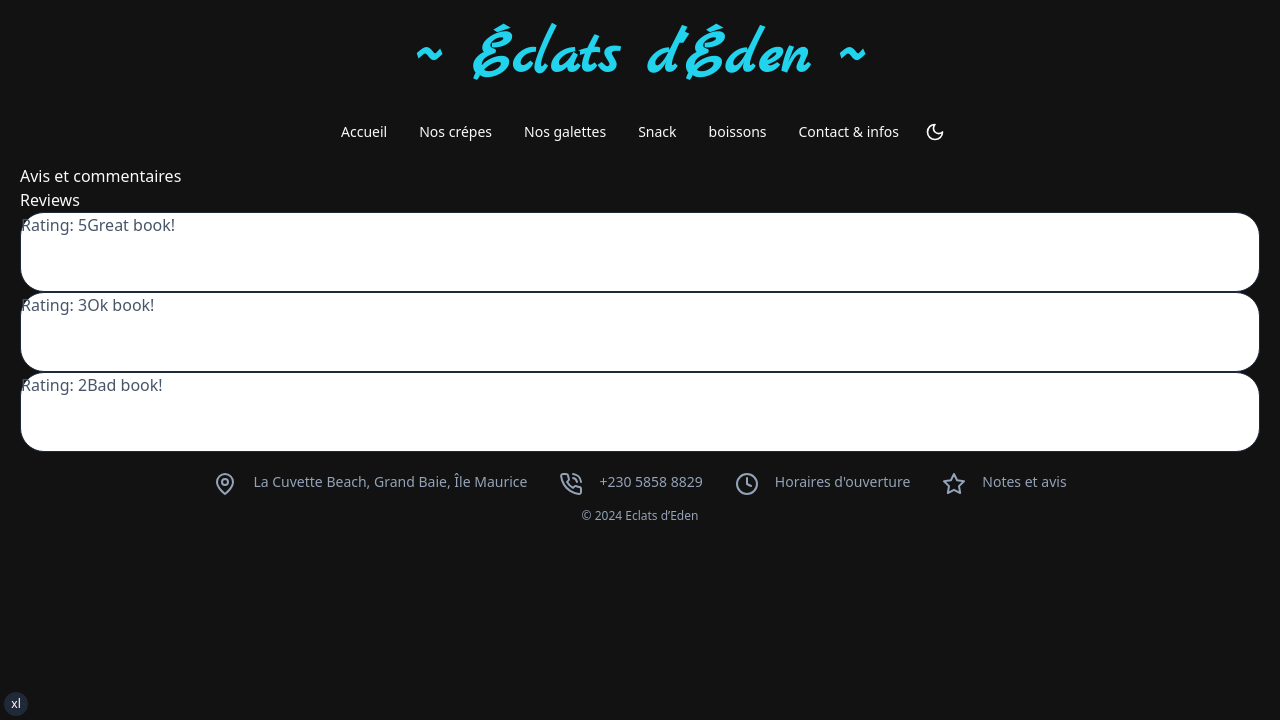
Repository: jeffMauritius/eclats-deden
Page: /reviews
The author's editor kept a copy of each file at every save. The page is drawn from the files as they stood at one save, then again after the next save.
The browser window is 1280 px wide. The pictures show the whole page.
The project was rebuilt for these pictures with package versions that can differ from the ones it lists, and the page was loaded fresh each time. The framework's server and built-in components were replaced by stand-ins that run in the browser. Also part of the build but not shown: next.config.mjs.

Above is the page before, as saved 2024-08-13 12:37:42.

### app/layout.tsx
// app/layout.
import { Header } from "@/components/layout/Header"
import { TailwindIndicator } from "@/components/TailwindIndicator"
import { SiteConfig } from "@/lib/config"
import { cn } from "@/lib/utils"
import type { Metadata } from "next"
import { Inter, Marck_Script } from "next/font/google"
import { PropsWithChildren } from "react"
import { Providers } from "./Providers"
import "./globals.css"
import { Title } from "@/components/layout/Title"
import { Footer } from "@/components/layout/Footer"

const fontSans = Inter({ subsets: ["latin"], variable: "--font-sans" })
const fontDisplay = Marck_Script({
  subsets: ["latin"],
  variable: "--font-display",
  weight: "400",
})

export const metadata: Metadata = {
  title: SiteConfig.title,
  description: SiteConfig.description,
}

export default function RootLayout({ children }: PropsWithChildren) {
  return (
    <html lang="en" className="h-full" suppressHydrationWarning>
      <head />
      <body
        className={cn(
          `flex flex-col h-screen bg-background font-sans antialiased p-5`,
          fontSans.variable,
          fontDisplay.variable,
        )}
      >
        <Providers>
          <div className="relative flex flex-col">
            <Title title="Éclats d'Éden" />
            <div>
              <Header />
            </div>
            {children}
            <div className="mt-5 md:col-span-3">
              <Footer />
            </div>
          </div>
          <TailwindIndicator />
        </Providers>
      </body>
    </html>
  )
}

### app/reviews/page.tsx
import ReviewsList from "@/components/ReviewsList"

const ReviewsPage = () => {
  return (
    <div>
      <h1>Avis et commentaires</h1>
      <ReviewsList />
    </div>
  )
}

export default ReviewsPage

### src/components/layout/Header.tsx
"use client"

import { ThemeToggle } from "../ThemeToggle"
import NavigationMenuComponent from "./NavigationMenu"

export function Header() {
  return (
    <header className=" z-30 w-full">
      <div className=" container flex  flex-col  items-center space-x-4 pt-3 sm:justify-between sm:space-x-0">
        <div className="flex flex-auto justify-center py-3">
          <NavigationMenuComponent />
          <ThemeToggle />
        </div>
      </div>
    </header>
  )
}

### src/lib/config.ts
export const SiteConfig = {
  title: "Camille snack",
  description: "La Cuvette Beach, Grand Baie, Île Maurice",
} as const

### app/Providers.tsx
"use client"

import { SessionProvider } from "next-auth/react"
import { ThemeProvider } from "next-themes"
import { PropsWithChildren } from "react"
import { Toaster } from "react-hot-toast"

export const Providers = ({ children }: PropsWithChildren) => {
  return (
    <>
      <ThemeProvider attribute="class" defaultTheme="dark" enableSystem>
        <Toaster />
        <SessionProvider>{children}</SessionProvider>
      </ThemeProvider>
    </>
  )
}

### app/globals.css
@tailwind base;
  @tailwind components;
  @tailwind utilities;

  @layer base {
    :root {
      --background: 0 0% 100%;
      --foreground: 222.2 84% 4.9%;

      --card: 0 0% 100%;
      --card-foreground: 222.2 84% 4.9%;

      --popover: 0 0% 100%;
      --popover-foreground: 222.2 84% 4.9%;

      --primary: 222.2 47.4% 11.2%;
      --primary-foreground: 210 40% 98%;

      --secondary: 210 40% 96.1%;
      --secondary-foreground: 222.2 47.4% 11.2%;

      --muted: 210 40% 96.1%;
      --muted-foreground: 215.4 16.3% 46.9%;

      --accent: 210 40% 96.1%;
      --accent-foreground: 222.2 47.4% 11.2%;

      --destructive: 0 84.2% 60.2%;
      --destructive-foreground: 210 40% 98%;

      --border: 214.3 31.8% 91.4%;
      --input: 214.3 31.8% 91.4%;
      --ring: 222.2 84% 4.9%;

      --radius: 0.5rem;
    }

    .dark {
      --background: rgb(10, 11, 10);
      --foreground: 210 40% 98%;

      --card: rgb(10, 11, 10);
      --card-foreground: 210 40% 98%;

      --popover: 222.2 84% 4.9%;
      --popover-foreground: 210 40% 98%;

      --primary: 210 40% 98%;
      --primary-foreground: 222.2 47.4% 11.2%;

      --secondary: 217.2 32.6% 17.5%;
      --secondary-foreground: 210 40% 98%;

      --muted: 217.2 32.6% 17.5%;
      --muted-foreground: 215 20.2% 65.1%;

      --accent: 217.2 32.6% 17.5%;
      --accent-foreground: 210 40% 98%;

      --destructive: 0 62.8% 30.6%;
      --destructive-foreground: 210 40% 98%;

      --border: 217.2 32.6% 17.5%;
      --input: 217.2 32.6% 17.5%;
      --ring: 212.7 26.8% 83.9%;
    }
  }

  @layer base {
    * {
      @apply border-border;
    }
    @font-face {
      font-family: 'Marck Script';
      font-style: normal;
      font-weight: 400;
      font-display: swap;
      src: url(/fonts/MarckScript-Regular.ttf) format('ttf');
    }
    body {
      @apply bg-background text-foreground;
    }
  }

### src/components/layout/Title.tsx
interface TitleProps {
  title: string
}

export function Title({ title }: TitleProps) {
  return (
    <div className="flex flex-auto justify-center ">
      <h1
        className={`pt-2 font-display text-4xl font-bold text-cyan-400 md:text-6xl`}
      >
        {" "}
        {`~ ${title} ~`}
      </h1>
    </div>
  )
}

### src/components/layout/Footer.tsx
import Link from "next/link"
import { Typography } from "../ui/typography"
import { MapPin } from "lucide-react"
import { PhoneCall } from "lucide-react"
import { Clock } from "lucide-react"
import { Star } from "lucide-react"

export const Footer = () => {
  return (
    <footer className="w-6/8 z-40 border-card bg-background">
      <div className="m-auto w-full max-w-4xl px-2 ">
        <div className="flex w-full items-center justify-center">
          <div className="flex gap-8 text-sm text-muted-foreground">
            <Link className="flex hover:underline md:gap-4" href="/location">
              <MapPin />
              <p className="hidden md:block">
                La Cuvette Beach, Grand Baie, Île Maurice
              </p>
            </Link>
            <Link className="flex hover:underline md:gap-4" href="/legal/cgv">
              <PhoneCall />
              <p className="hidden md:block">+230 5858 8829</p>
            </Link>
            <Link className="flex hover:underline md:gap-4" href="/schedule">
              <Clock />
              <p className="hidden md:block">{`Horaires d'ouverture`}</p>
            </Link>
            <Link className="flex hover:underline md:gap-4" href="/reviews">
              <Star />
              <p className="hidden md:block">Notes et avis</p>
            </Link>
          </div>
        </div>
        <div className="flex w-full items-center justify-center py-3">
          <Typography variant="base" className="text-xs text-muted-foreground">
            &copy; {new Date().getFullYear()} Eclats d&rsquo;Eden
          </Typography>
        </div>
      </div>
    </footer>
  )
}

### src/components/ReviewsList.tsx
import ReviewItem from "./ReviewItem"
const reviews = [
  { id: 1, rating: 5, content: "Great book!" },
  { id: 2, rating: 3, content: "Ok book!" },
  { id: 3, rating: 2, content: "Bad book!" },
]

const ReviewsList = () => {
  return (
    <div>
      <h1>Reviews</h1>
      {reviews.map(review => (
        <ReviewItem key={review.id} review={review} />
      ))}
    </div>
  )
}
export default ReviewsList

### src/components/ThemeToggle.tsx
"use client"

import { Button } from "@/components/ui/button"
import { Moon, Sun } from "lucide-react"
import { useTheme } from "next-themes"

export function ThemeToggle() {
  const { setTheme, theme } = useTheme()

  return (
    <Button
      variant="ghost"
      size="icon"
      onClick={() => setTheme(theme === "light" ? "dark" : "light")}
    >
      <Sun className="h-6 w-[1.3rem] dark:hidden" />
      <Moon className="hidden size-5 dark:block" />
      <span className="sr-only">Toggle theme</span>
    </Button>
  )
}

### src/components/layout/NavigationMenu.tsx
"use client"

import {
  NavigationMenu,
  NavigationMenuLink,
  navigationMenuTriggerStyle,
} from "@/components/ui/navigation-menu"
import { navigationData } from "./navigationData"
import { useClientMediaQuery } from "@/lib/isMobileDevice"

const NavigationMenuComponent = () => {
  const isMobile = useClientMediaQuery("(max-width: 600px)")
  return (
    <NavigationMenu>
      {!isMobile &&
        navigationData.map((item, index) => (
          <NavigationMenuLink
            className={navigationMenuTriggerStyle()}
            key={index}
            href={item.link}
          >
            {item.title}
          </NavigationMenuLink>
        ))}
    </NavigationMenu>
  )
}

export default NavigationMenuComponent

### src/components/ui/typography.tsx
// src/components/ui/Typography.
import { VariantProps, cva } from "class-variance-authority"
import type {
  ComponentPropsWithoutRef,
  ElementType,
  PropsWithChildren,
} from "react"
import { cn } from "../../lib/utils"

type PolymorphicAsProp<E extends ElementType> = {
  as?:
    | E
    | React.ComponentType<Omit<ComponentPropsWithoutRef<E>, "as">>
    | React.FunctionComponent<Omit<ComponentPropsWithoutRef<E>, "as">>
}

type PolymorphicProps<E extends ElementType> = PropsWithChildren<
  Omit<ComponentPropsWithoutRef<E>, "as"> & PolymorphicAsProp<E>
>

const typographyVariants = cva("", {
  variants: {
    variant: {
      h1: "font-caption scroll-m-20 text-4xl font-extrabold tracking-tight lg:text-5xl",
      h2: "font-caption scroll-m-20 border-b pb-2 text-3xl font-semibold tracking-tight transition-colors first:mt-0",
      h3: "font-caption scroll-m-20 text-xl font-semibold tracking-tight",
      p: "leading-7 [&:not(:first-child)]:mt-6",
      base: "",
      quote: "mt-6 border-l-2 pl-6 italic",
      code: "relative rounded bg-muted px-[0.3rem] py-[0.2rem] font-mono text-sm font-semibold",
      lead: "text-xl text-muted-foreground",
      large: "text-lg font-semibold",
      small: "text-sm font-medium leading-none",
      muted: "text-sm text-muted-foreground",
      link: "font-medium text-indigo-500 hover:underline",
    },
  },
  defaultVariants: {
    variant: "base",
  },
})
type TypographyCvaProps = VariantProps<typeof typographyVariants>

const defaultElement = "p"

const defaultElementMapping: Record<
  NonNullable<TypographyCvaProps["variant"]>,
  ElementType
> = {
  h1: "h1",
  h2: "h2",
  h3: "h3",
  p: "p",
  quote: "blockquote" as "p",
  code: "code",
  lead: "p",
  large: "p",
  small: "p",
  muted: "p",
  link: "a",
  base: "p",
} as const

const getDefaultElement = (variant: TypographyCvaProps["variant"]) => {}

export function Typography<E extends ElementType = typeof defaultElement>({
  as,
  children,
  className,
  variant,
  ...restProps
}: PolymorphicProps<E> & TypographyCvaProps) {
  const Component: ElementType =
    as ?? defaultElementMapping[variant ?? "base"] ?? defaultElement

  return (
    <Component
      {...(restProps as ComponentPropsWithoutRef<E>)}
      className={cn(typographyVariants({ variant }), className)}
    >
      {children}
    </Component>
  )
}

### src/components/ReviewItem.tsx
type Review = {
  rating: number
  content: string
}
const ReviewItem = ({ review }: { review: Review }) => {
  return (
    <div className="flex min-h-20 rounded-3xl border bg-white text-slate-600">
      <h3>Rating: {review.rating}</h3>
      <p>{review.content}</p>
    </div>
  )
}

export default ReviewItem

### src/components/ui/button.tsx
import * as React from "react"
import { Slot } from "@radix-ui/react-slot"
import { cva, type VariantProps } from "class-variance-authority"

import { cn } from "@/lib/utils"

const buttonVariants = cva(
  "inline-flex items-center justify-center whitespace-nowrap rounded-md text-sm font-medium ring-offset-background transition-colors focus-visible:outline-none focus-visible:ring-2 focus-visible:ring-ring focus-visible:ring-offset-2 disabled:pointer-events-none disabled:opacity-50",
  {
    variants: {
      variant: {
        default: "bg-primary text-primary-foreground hover:bg-primary/90",
        destructive:
          "bg-destructive text-destructive-foreground hover:bg-destructive/90",
        outline:
          "border border-input bg-background hover:bg-accent hover:text-accent-foreground",
        secondary:
          "bg-secondary text-secondary-foreground hover:bg-secondary/80",
        ghost: "hover:bg-accent hover:text-accent-foreground",
        link: "text-primary underline-offset-4 hover:underline",
      },
      size: {
        default: "h-10 px-4 py-2",
        sm: "h-9 rounded-md px-3",
        lg: "h-11 rounded-md px-8",
        icon: "size-10",
      },
    },
    defaultVariants: {
      variant: "default",
      size: "default",
    },
  },
)

export interface ButtonProps
  extends React.ButtonHTMLAttributes<HTMLButtonElement>,
    VariantProps<typeof buttonVariants> {
  asChild?: boolean
}

const Button = React.forwardRef<HTMLButtonElement, ButtonProps>(
  ({ className, variant, size, asChild = false, ...props }, ref) => {
    const Comp = asChild ? Slot : "button"
    return (
      <Comp
        className={cn(buttonVariants({ variant, size, className }))}
        ref={ref}
        {...props}
      />
    )
  },
)
Button.displayName = "Button"

export { Button, buttonVariants }

### src/components/ui/navigation-menu.tsx
import * as React from "react"
import * as NavigationMenuPrimitive from "@radix-ui/react-navigation-menu"
import { cva } from "class-variance-authority"
import { ChevronDown } from "lucide-react"

import { cn } from "@/lib/utils"

const NavigationMenu = React.forwardRef<
  React.ElementRef<typeof NavigationMenuPrimitive.Root>,
  React.ComponentPropsWithoutRef<typeof NavigationMenuPrimitive.Root>
>(({ className, children, ...props }, ref) => (
  <NavigationMenuPrimitive.Root
    ref={ref}
    className={cn(
      "relative z-10 flex max-w-max flex-1 items-center justify-center",
      className,
    )}
    {...props}
  >
    {children}
    <NavigationMenuViewport />
  </NavigationMenuPrimitive.Root>
))
NavigationMenu.displayName = NavigationMenuPrimitive.Root.displayName

const NavigationMenuList = React.forwardRef<
  React.ElementRef<typeof NavigationMenuPrimitive.List>,
  React.ComponentPropsWithoutRef<typeof NavigationMenuPrimitive.List>
>(({ className, ...props }, ref) => (
  <NavigationMenuPrimitive.List
    ref={ref}
    className={cn(
      "group flex flex-1 list-none items-center justify-center space-x-1",
      className,
    )}
    {...props}
  />
))
NavigationMenuList.displayName = NavigationMenuPrimitive.List.displayName

const NavigationMenuItem = NavigationMenuPrimitive.Item

const navigationMenuTriggerStyle = cva(
  "group inline-flex h-10 w-max items-center justify-center rounded-md bg-background px-4 py-2 text-sm font-medium transition-colors hover:bg-accent hover:text-accent-foreground focus:bg-accent focus:text-accent-foreground focus:outline-none disabled:pointer-events-none disabled:opacity-50 data-[active]:bg-accent/50 data-[state=open]:bg-accent/50",
)

const NavigationMenuTrigger = React.forwardRef<
  React.ElementRef<typeof NavigationMenuPrimitive.Trigger>,
  React.ComponentPropsWithoutRef<typeof NavigationMenuPrimitive.Trigger>
>(({ className, children, ...props }, ref) => (
  <NavigationMenuPrimitive.Trigger
    ref={ref}
    className={cn(navigationMenuTriggerStyle(), "group", className)}
    {...props}
  >
    {children}{" "}
    <ChevronDown
      className="relative top-px ml-1 size-3 transition duration-200 group-data-[state=open]:rotate-180"
      aria-hidden="true"
    />
  </NavigationMenuPrimitive.Trigger>
))
NavigationMenuTrigger.displayName = NavigationMenuPrimitive.Trigger.displayName

const NavigationMenuContent = React.forwardRef<
  React.ElementRef<typeof NavigationMenuPrimitive.Content>,
  React.ComponentPropsWithoutRef<typeof NavigationMenuPrimitive.Content>
>(({ className, ...props }, ref) => (
  <NavigationMenuPrimitive.Content
    ref={ref}
    className={cn(
      "left-0 top-0 w-full data-[motion^=from-]:animate-in data-[motion^=to-]:animate-out data-[motion^=from-]:fade-in data-[motion^=to-]:fade-out data-[motion=from-end]:slide-in-from-right-52 data-[motion=from-start]:slide-in-from-left-52 data-[motion=to-end]:slide-out-to-right-52 data-[motion=to-start]:slide-out-to-left-52 md:absolute md:w-auto ",
      className,
    )}
    {...props}
  />
))
NavigationMenuContent.displayName = NavigationMenuPrimitive.Content.displayName

const NavigationMenuLink = NavigationMenuPrimitive.Link

const NavigationMenuViewport = React.forwardRef<
  React.ElementRef<typeof NavigationMenuPrimitive.Viewport>,
  React.ComponentPropsWithoutRef<typeof NavigationMenuPrimitive.Viewport>
>(({ className, ...props }, ref) => (
  <div className={cn("absolute left-0 top-full flex justify-center")}>
    <NavigationMenuPrimitive.Viewport
      className={cn(
        "origin-top-center relative mt-1.5 h-[var(--radix-navigation-menu-viewport-height)] w-full overflow-hidden rounded-md border bg-popover text-popover-foreground shadow-lg data-[state=open]:animate-in data-[state=closed]:animate-out data-[state=closed]:zoom-out-95 data-[state=open]:zoom-in-90 md:w-[var(--radix-navigation-menu-viewport-width)]",
        className,
      )}
      ref={ref}
      {...props}
    />
  </div>
))
NavigationMenuViewport.displayName =
  NavigationMenuPrimitive.Viewport.displayName

const NavigationMenuIndicator = React.forwardRef<
  React.ElementRef<typeof NavigationMenuPrimitive.Indicator>,
  React.ComponentPropsWithoutRef<typeof NavigationMenuPrimitive.Indicator>
>(({ className, ...props }, ref) => (
  <NavigationMenuPrimitive.Indicator
    ref={ref}
    className={cn(
      "top-full z-[1] flex h-1.5 items-end justify-center overflow-hidden data-[state=visible]:animate-in data-[state=hidden]:animate-out data-[state=hidden]:fade-out data-[state=visible]:fade-in",
      className,
    )}
    {...props}
  >
    <div className="relative top-[60%] size-2 rotate-45 rounded-tl-sm bg-border shadow-md" />
  </NavigationMenuPrimitive.Indicator>
))
NavigationMenuIndicator.displayName =
  NavigationMenuPrimitive.Indicator.displayName

export {
  navigationMenuTriggerStyle,
  NavigationMenu,
  NavigationMenuList,
  NavigationMenuItem,
  NavigationMenuContent,
  NavigationMenuTrigger,
  NavigationMenuLink,
  NavigationMenuIndicator,
  NavigationMenuViewport,
}

### src/components/layout/navigationData.ts
export const navigationData = [
    {
        title: "Accueil",
        link: "/",
    },
    {
        title: "Nos crépes",
        link: "/crepes",
    },
    {
        title: "Nos galettes",
        link: "/galettes",
    },
    {
        title: "Snack",
        link: "/snack",
    },
    {
        title: "boissons",
        link: "/boissons",
    },
    {
        title: "Contact & infos",
        link: "/location",
    },

]

export const navigationDataMobile = [
    {
        title: "Accueil",
        link: "/",
    },
    {
        title: "Horaires d'ouverture",
        link: "/schedule",
    },
    {
        title: "Contact & infos",
        link: "/location",
    },

]

### src/lib/isMobileDevice.ts
'use client'

import { useEffect, useState } from 'react'

export function useClientMediaQuery(query: string) {
  const [matches, setMatches] = useState(false)

  useEffect(() => {
    const mediaQueryList = window.matchMedia(query)

    const handleMatchChange = (e: MediaQueryListEvent) => {
      setMatches(e.matches)
    }

    mediaQueryList.addEventListener('change', handleMatchChange)
    setMatches(mediaQueryList.matches)

    return () => {
      mediaQueryList.removeEventListener('change', handleMatchChange)
    }
  }, [query])

  return matches
}

### tailwind.config.ts
import type { Config } from "tailwindcss"

const config = {
  darkMode: ["class"],
  content: [
    "./pages/**/*.{ts,tsx}",
    "./components/**/*.{ts,tsx}",
    "./app/**/*.{ts,tsx}",
    "./src/**/*.{ts,tsx}",
  ],
  prefix: "",
  theme: {
    container: {
      center: true,
      padding: "2rem",
      screens: {
        "2xl": "1400px",
      },
    },
    fontFamily: {
      'display': ['"Marck Script"', 'cursive'],
      'body': ['"Open Sans"', 'sans-serif'],
    },
    extend: {
      colors: {
        border: "hsl(var(--border))",
        input: "hsl(var(--input))",
        ring: "hsl(var(--ring))",
        background: "hsl(var(--background))",
        foreground: "hsl(var(--foreground))",
        primary: {
          DEFAULT: "hsl(var(--primary))",
          foreground: "hsl(var(--primary-foreground))",
        },
        secondary: {
          DEFAULT: "hsl(var(--secondary))",
          foreground: "hsl(var(--secondary-foreground))",
        },
        destructive: {
          DEFAULT: "hsl(var(--destructive))",
          foreground: "hsl(var(--destructive-foreground))",
        },
        muted: {
          DEFAULT: "hsl(var(--muted))",
          foreground: "hsl(var(--muted-foreground))",
        },
        accent: {
          DEFAULT: "hsl(var(--accent))",
          foreground: "hsl(var(--accent-foreground))",
        },
        popover: {
          DEFAULT: "hsl(var(--popover))",
          foreground: "hsl(var(--popover-foreground))",
        },
        card: {
          DEFAULT: "hsl(var(--card))",
          foreground: "hsl(var(--card-foreground))",
        },
      },
      borderRadius: {
        lg: "var(--radius)",
        md: "calc(var(--radius) - 2px)",
        sm: "calc(var(--radius) - 4px)",
      },
      keyframes: {
        "accordion-down": {
          from: { height: "0" },
          to: { height: "var(--radix-accordion-content-height)" },
        },
        "accordion-up": {
          from: { height: "var(--radix-accordion-content-height)" },
          to: { height: "0" },
        },
      },
      animation: {
        "accordion-down": "accordion-down 0.2s ease-out",
        "accordion-up": "accordion-up 0.2s ease-out",
      },
    },
  },
  plugins: [require("tailwindcss-animate")],
} satisfies Config

export default config

Loaded but not shown: src/components/TailwindIndicator.tsx (common file); src/lib/utils.ts (common file)

After the next save:
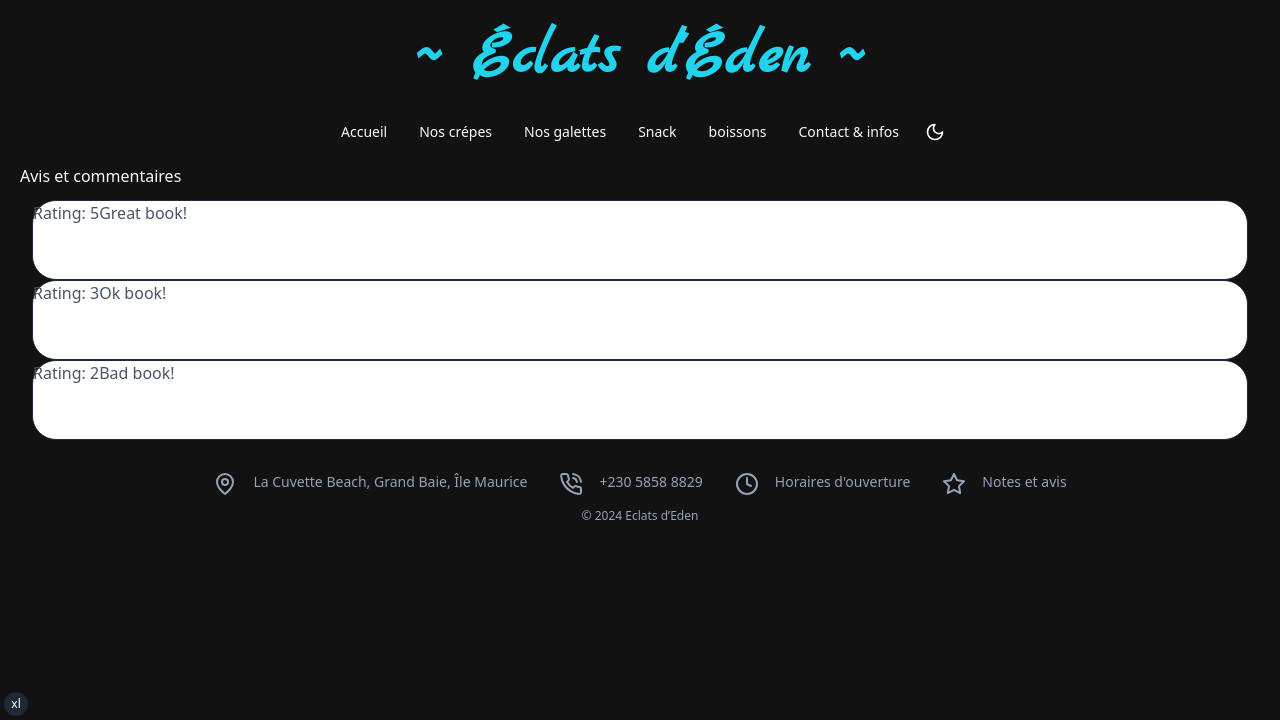
Saved 106 s later.
--- a/src/components/ReviewsList.tsx
+++ b/src/components/ReviewsList.tsx
@@ -7,8 +7,7 @@ const reviews = [
 
 const ReviewsList = () => {
   return (
-    <div>
-      <h1>Reviews</h1>
+    <div className="p-3">
       {reviews.map(review => (
         <ReviewItem key={review.id} review={review} />
       ))}
